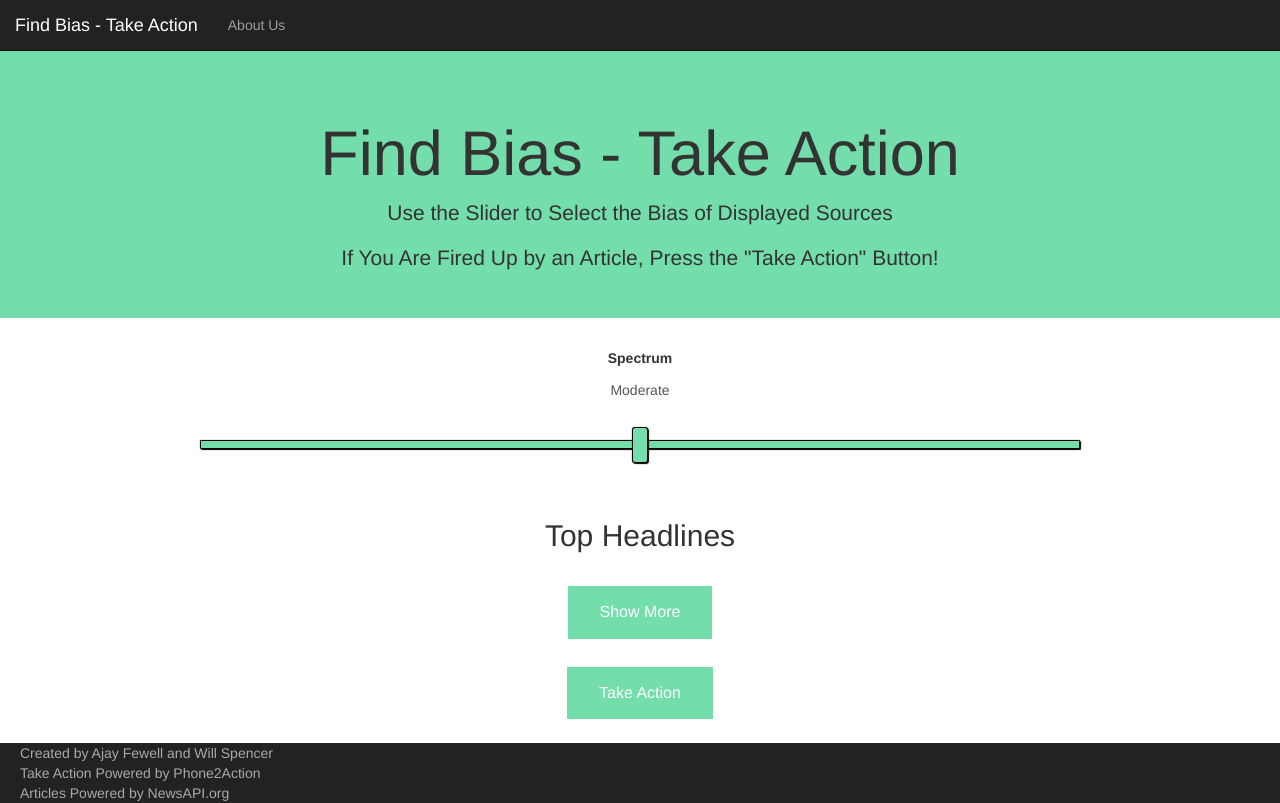
Repository: willespencer/Web-Application-Labs
Page: hacktj/index.html
The author's editor kept a record of every edit. The page is drawn from the files as they stood at one moment, then again after the next edit.
The browser window is 1280 px wide. The pictures show the whole page.
The page's requests for data from a server got no answer.

Above is the page before.

### hacktj/index.html
<!DOCTYPE html>
<html>
    <head>
        <title>
		    Find Bias - Take Action
	    </title>

	    <link rel="icon" href="https://lh4.googleusercontent.com/-Z38JCESyCME/AAAAAAAAAAI/AAAAAAAAAAA/2VkJ-HKF08w/w60-h60-p-mo/photo.jpg">

	    <link rel="stylesheet" type="text/css" href="style.css">
	    <link rel="stylesheet" href="https://maxcdn.bootstrapcdn.com/bootstrap/3.3.7/css/bootstrap.min.css">

	    <script src="https://ajax.googleapis.com/ajax/libs/jquery/1.12.4/jquery.min.js"></script>
	    <script src="https://maxcdn.bootstrapcdn.com/bootstrap/3.3.7/js/bootstrap.min.js"></script>
	    <script src="script.js"></script>

    </head>

    <body>
        <nav class = "navbar navbar-inverse navbar-static-top bg-inverse"  id = "margin">
    		<div class = "container-fluid">
    			<div class = "navbar-header">
    				<a class = "navbar-brand" id = "name" href = "index.html">Find Bias - Take Action</a>
    			</div>
    			<ul class = "nav navbar-nav">
    				<li id = "tab"><a href="about.html">About Us</a></li>
    			</ul>
    		</div>
	    </nav>

        <div class="jumbotron text-center default-primary-color text-primary-color" id = "header">
          <h1>Find Bias - Take Action</h1>
          <p>Use the Slider to Select the Bias of Displayed Sources</p>
          <p>If You Are Fired Up by an Article, Press the "Take Action" Button!</p>
        </div>

        <div id = "slider">
            <center>
                <label for="bar">Spectrum</label>
                <output for="bar" id="spectrum">Moderate</output>
            </center>
            <br><br>
            <input type="range" min="1" max="5" step="1" id = "bar" value = "3" oninput="outputUpdate(value)"/>
        </div>

        <center><h2>Top Headlines</h2></center><br>
        <div id = "sources" class = "container showContent"></div>
        <div id = "hiddenSources" class = "container hideContent"></div>
        <center><button onclick = "showHiddenFunct()" class = button id = "moreButton">Show More</button></center>
        <br>


        <center><button onclick = "actionButton()" class = button id = "actionButton">Take Action</button></center>
        <div id = "other">
            <div id = "hidden_form">
                <div class="form-group">
                    <label>Street address:</label>
                    <input type="text" id="address1" name = "address1" class="form-control" required>
                </div>
                <div class="form-group">
                    <label>Zip code:</label>
                    <input type="text" id="zip5" name = "zip5" class="form-control" required>
                </div>
               <input type = "button" class = "button" id = "lawmakers" name = "lawmakers" onclick = "findLegislators()" value = "Find My Lawmakers">
               <div id = "errorDiv" style="color:#FF0000"></div>
            </div>
        </div><br>

        <div id = "legislators">
            <center><h2>Your Representatives</h2></center><br>
            <center><div id = "legSection" class = "container"></div></center>
        </div>

        <footer class="footer navbar-inverse" id = "foot">
    		Created by Ajay Fewell and Will Spencer<br>
    		Take Action Powered by Phone2Action<br>
    		Articles Powered by NewsAPI.org
	    </footer>


    </body>
</html>

### hacktj/style.css
.desc {
  padding-left:  250px;
  padding-right: 250px;
  padding-bottom: 0px;
}

#margin{
  			margin-bottom:0;
  			padding-bottom:0px;
}
#header{
    padding-bottom: 30px;
    background-color: #73ddac;
}

#slider {
  padding-right: 200px;
  padding-bottom: 50px;
  padding-left: 200px;
  z-index: 500
}

#sources{
    background-color: white;
}

#other{
    background-color:white; /* Make this prettier; */
    padding-left:350px;
    padding-right:350px;
}

#foot{
  padding-left:20px;
  color:#A9A9A9;
}

#errorDiv{
  color:red;
}

.hideContent {
    overflow: hidden;
    line-height: 1.5em;
    height: 0em;
    font: arial;
    font-size: 22;
}
.showContent {
    line-height: 1.5em;
    height: auto;
    font: arial;
    font-size: 22;
}

#hidden_form{
    display: none;
    -webkit-transition:height, 0.5s linear;
    -moz-transition: height, 0.5s linear;
    -ms-transition: height, 0.5s linear;
    -o-transition: height, 0.5s linear;
    transition: height, 0.5s linear;
}

.hidden_form.open{
    height:200px;
    -webkit-transition:height, 0.5s linear;
    -moz-transition: height, 0.5s linear;
    -ms-transition: height, 0.5s linear;
    -o-transition: height, 0.5s linear;
    transition: height, 0.5s linear;
}

#legislators {
    display: none;
}

.button {
    background-color: #73ddac;
    border: none;
    color: white;
    padding: 15px 32px;
    text-align: center;
    text-decoration: none;
    display: inline-block;
    font-size: 16px;
    margin: 4px 2px;
    cursor: pointer;
}

input[type=range] {
  -webkit-appearance: none; /* Hides the slider so that custom slider can be made */
  width: 100%; /* Specific width is required for Firefox. */
  background: transparent; /* Otherwise white in Chrome */
}

input[type=range]::-webkit-slider-thumb {
  -webkit-appearance: none;
}

input[type=range]:focus {
  outline: none; /* Removes the blue border. You should probably do some kind of focus styling for accessibility reasons though. */
}

input[type=range]::-ms-track {
  width: 100%;
  cursor: pointer;

  /* Hides the slider so custom styles can be added */
  background: transparent;
  border-color: transparent;
  color: transparent;
}

/* Special styling for WebKit/Blink */
input[type=range]::-webkit-slider-thumb {
  -webkit-appearance: none;
  border: 1px solid #000000;
  height: 36px;
  width: 16px;
  border-radius: 3px;
  background: #73ddac;
  cursor: pointer;
  margin-top: -14px; /* You need to specify a margin in Chrome, but in Firefox and IE it is automatic */
  box-shadow: 1px 1px 1px #000000, 0px 0px 1px #0d0d0d; /* Add cool effects to your sliders! */
}

/* All the same stuff for Firefox */
input[type=range]::-moz-range-thumb {
  box-shadow: 1px 1px 1px #000000, 0px 0px 1px #0d0d0d;
  border: 1px solid #000000;
  height: 36px;
  width: 16px;
  border-radius: 3px;
  background: #73ddac;
  cursor: pointer;
}

/* All the same stuff for IE */
input[type=range]::-ms-thumb {
  box-shadow: 1px 1px 1px #000000, 0px 0px 1px #0d0d0d;
  border: 1px solid #000000;
  height: 36px;
  width: 16px;
  border-radius: 3px;
  background: #73ddac;
  cursor: pointer;
}

input[type=range]::-webkit-slider-runnable-track {
  width: 100%;
  height: 8.4px;
  cursor: pointer;
  box-shadow: 1px 1px 1px #000000, 0px 0px 1px #0d0d0d;
  background: #73ddac;                                              /* Start */
  border-radius: 1.3px;
  border: 0.2px solid #010101;
}

input[type=range]:focus::-webkit-slider-runnable-track {
  background: #73ddac; /*background?*/
}

input[type=range]::-moz-range-track {
  width: 100%;
  height: 8.4px;
  cursor: pointer;
  box-shadow: 1px 1px 1px #000000, 0px 0px 1px #0d0d0d;
  background: #3071a9;
  border-radius: 1.3px;
  border: 0.2px solid #010101;
}

input[type=range]::-ms-track {
  width: 100%;
  height: 8.4px;
  cursor: pointer;
  background: transparent;
  border-color: transparent;
  border-width: 16px 0;
  color: transparent;
}
input[type=range]::-ms-fill-lower {
  background: #000000;
  border: 0.2px solid #010101;
  border-radius: 2.6px;
  box-shadow: 1px 1px 1px #000000, 0px 0px 1px #0d0d0d;
}
input[type=range]:focus::-ms-fill-lower {
  background: #000000; /* Background of the thing */
}
input[type=range]::-ms-fill-upper {
  background: #000000;
  border: 0.2px solid #010101;
  border-radius: 2.6px;
  box-shadow: 1px 1px 1px #000000, 0px 0px 1px #0d0d0d;
}
input[type=range]:focus::-ms-fill-upper {
  background: #000000;
}

### hacktj/script.js
var articlesPerSource = 5
var dict = { //integers 1-5, liberal to conservative
  "the-washington-post":    2,
  "the-wall-street-journal":4,
  "cnn":                    3,
  "the-huffington-post":    1,
  "business-insider":       3,
  "daily-mail":             5,
  "the-new-york-times":     2,
  "associated-press":       3,
  "the-telegraph":          4,
  "cnbc":                   3,
  "time":                   1,
  "bloomberg":              3,
  "the-economist":          2,
  "usa-today":              3
};
var sourceNameDict = {
  "the-washington-post":    "The Washington Post",
  "the-wall-street-journal": "The Wall Street Journal",
  "cnn":                    "CNN",
  "the-huffington-post":    "The Huffington Post",
  "business-insider":       "Business Insider",
  "daily-mail":             "Daily Mail",
  "the-new-york-times":     "The New York Times",
  "associated-press":       "Associated Press",
  "the-telegraph":          "The Telegraph",
  "cnbc":                   "CNBC",
  "time":                   "Time",
  "bloomberg":              "Bloomberg",
  "the-economist":          "The Economist",
  "usa-today":              "USA Today"
}

var table = ["Liberal", "Leaning left", "Moderate", "Leaning right", "Conservative"];
var rating = 3;
var currRow = 0;
var actualRow = document.createElement("div");
actualRow.className = "row";
var numTerms = 0;
var expectedTerms = 0;
window.onload = startFunct;

$(document).ready(function(){
    $('#zip5').keypress(function(e){
      if(e.keyCode==13)
      $('#lawmakers').click();
    });
    $('#actionButton').click(function() {
            $(this).find("hidden_form").toggleClass('open');
    });
});

function startFunct(){
    for(var key in dict){
        if(dict[key] == 3){
            expectedTerms++;
        }
    }
    for(var key in dict) {
        if(dict[key] == 3){
            getData(key, dict[key]);
            numTerms++;
        }
    }
}

function outputUpdate(val) {
    var button = document.getElementById("moreButton");
    button.innerHTML = "Show More";
    document.getElementById("moreButton").style.visibility="visible";
    document.getElementById("hiddenSources").className = "container hideContent";
    currRow = 0
	document.querySelector('#spectrum').value = table[val-1];
	//document.getElementById("spectrum").focus(). = "#ffffff" //still doesn't work/
    rating = val;
    var divTag = document.getElementById("sources");
    var hidTag = document.getElementById("hiddenSources");
    divTag.innerHTML = "" //resets innerHTML
    hidTag.innerHTML = ""
    actualRow.innerHTML = ""
    for(var key in dict){
        if(dict[key] == rating){
            expectedTerms++;
        }
    }
    for(var key in dict) {
        if(dict[key] == rating){
            getData(key, dict[key]);
            numTerms += 1
        }
    }
}

function getData(source, sourceRate){
    var string = "https://newsapi.org/v1/articles?source=" + source + "&sortBy=top&apiKey=84fec8f09f6a485aaa3a084b4c368cb4";
    $.ajax({
		url: string,
		success: function(response){
		    var divTag = document.getElementById("sources");
		    var hidTag = document.getElementById("hiddenSources");
			var array = response.articles
			for(var index = 0; index < articlesPerSource; index++){
                var newDiv = document.createElement("div");
                newDiv.className = "col-md-4"
                newDiv.style.padding= "15px 40px 15px 40px";

                if(array[index].urlToImage.includes("http://") && source != "the-telegraph" && source != "daily-mail"){
                    var imgHttps = array[index].urlToImage.replace("http", "https")
                    var imgStr = "<img width = 200px src = " + imgHttps + ">";
                }
                else{
                    var imgStr = "<img width = 200px src = " + array[index].urlToImage + ">";
                }
                var urlStr = "<a href=" + array[index].url+ ">" + array[index].title+ "</a>"
                newDiv.innerHTML =  urlStr + "<br>" + imgStr + "<br>" +array[index].description + "<br>"+ "Source: " + sourceNameDict[source] + "<br><br>";

                if(currRow%3 == 0){
                    if(currRow == 3){
                        divTag.appendChild(actualRow);
                    }
                    else if(currRow > 3){
                        hidTag.appendChild(actualRow);
                    }
                    var rowDiv = document.createElement("div");
                    rowDiv.className = "row"
                    rowDiv.appendChild(newDiv);
                    actualRow = rowDiv;
			    }
			    else{
			        actualRow.appendChild(newDiv);
			    }
			    currRow++;
			}
			if(numTerms == expectedTerms){
			    hidTag.appendChild(actualRow);
			}
		}
    })
}
function showHiddenFunct(){
    var button = document.getElementById("moreButton");
    var tag = document.getElementById("hiddenSources");
    console.log(tag.className)
    if(tag.className == "container hideContent"){
        button.innerHTML = "Show Less";
        tag.className = "container showContent";
    }
    else{
        button.innerHTML= "Show More";
        tag.className = "container hideContent";
    }
}
function actionButton() {
    //Show the hidden form first
    var obj = document.getElementById("hidden_form");
    obj.style.display = "block";
    document.getElementById("actionButton").disabled = "true";
    document.getElementById("actionButton").style.background= "#D3D3D3";

}

function displayLegislators(response) {
    var singleRow = document.createElement("div");
    singleRow.className = "row";
    var rowCount = 0;
    var legDiv = document.getElementById("legislators");
    var containDiv = document.getElementById("legSection");
    for(var i = 0; i < response.length; i++){
        var imgStr = "<img width = 150px src = " + response[i].photo + ">";
        if(response[i].chamber != "OTHER"){
            var level = response[i].level.toLowerCase();
            level.charAt(0).toUpperCase();
            var chamber = response[i].chamber.toLowerCase()
            chamber.charAt(0).toUpperCase();
            var levelStr = "In the " + chamber + " at the " + level + " level";
        }
        else{
            var level = response[i].level.toLowerCase();
            level.charAt(0).toUpperCase();
            var levelStr = "In the executive branch at the " + level + " level";
        }
        var partyStr = "";
        if(response[i].party == "D"){
            partyStr = "Democrat"
        }
        else if(response[i].party == "R"){
            partyStr = "Republican"
        }
        else{
            partyStr = response[i].party
        }

        var oldPhone = response[i].contact.phone;
        if(oldPhone == ""){
            phoneStr = "Not Available"
        }
        else{
            var phoneStr = "(" + oldPhone.substring(2,5) + ") " +  oldPhone.substring(5,8)+ " - " + oldPhone.substring(8,11)
        }
        if(response[i].contact.facebook == null){
            var urlStr = "Facebook Not Availible"
        }
        else{
            var urlStr = "<a href=" + response[i].contact.facebook+ " target='_blank'>" + "Facebook Account" + "</a>"
        }
        console.log(response[i].contact.twitter);
        if(response[i].contact.twitter == null){
            var twitterStr = "Not Available";
        }
        else{
            var twitterStr = "<a href=" + "https://www.twitter.com/" + response[i].contact.twitter+ " target='_blank'> @" + response[i].contact.twitter + "</a>"
        }

        var contactInfo = "<h3>Contact Information</h3><br>Phone Number: " + phoneStr + "<br>" + urlStr + "<br>Twitter: " + twitterStr ;

        var oneDiv = document.createElement("div");
        oneDiv.className = "col-md-4"
        oneDiv.innerHTML = response[i].name.full_name + " - " + partyStr + "<br>" + imgStr + "<br>" + levelStr + "<br>" + contactInfo + "<br><br><br>";
        if(rowCount %3 == 0){
            containDiv.appendChild(singleRow);
            var rowDiv = document.createElement("div");
            rowDiv.className = "row"
            singleRow = rowDiv
        }
        singleRow.appendChild(oneDiv);
        rowCount++;
    }
    containDiv.appendChild(singleRow)
    legDiv.style.display = "block";
}

function findLegislators() {
    document.getElementById("lawmakers").style.background= "#D3D3D3";

    var objadd = document.getElementById("address1");
    var objzip = document.getElementById("zip5");

    var address = objadd.value;
    var zipcode = objzip.value;

    $.ajax({
        url: "https://hacktj.phone2action.com/2.0/legislators",
        type: "get",

        beforeSend: function (xhr) {
            xhr.setRequestHeader('Authorization', 'Basic ' + btoa("hacktj2017:p2ahacking"));
        },

        data: {
            address1: address,
            zip5: zipcode
            //Access-Control-Allow-Origin: *
        },

        success: function(response) {
            console.log(response);
            if(response.statusText == "Unprocessable Entity"){
                console.log("failure")
                objadd.value = "";
                objzip.value = "";
                document.getElementById("errorDiv").innerHTML = "Something went wrong, try again"
                document.getElementById("lawmakers").disabled = "false";
            }
            else{
                console.log("WHAT");
                document.getElementById("lawmakers").disabled = "true";
                displayLegislators(response);
            }
        },

        error: function(xhr) {
            console.log("error")
            objadd.value = "";
            objzip.value = "";
            document.getElementById("errorDiv").innerHTML = "Something went wrong, try again"
            document.getElementById("lawmakers").disabled = "false";
            //Should enter the user inputted something incorrectly


            //console.log(xhr);
        }
    });

}

After the next edit:
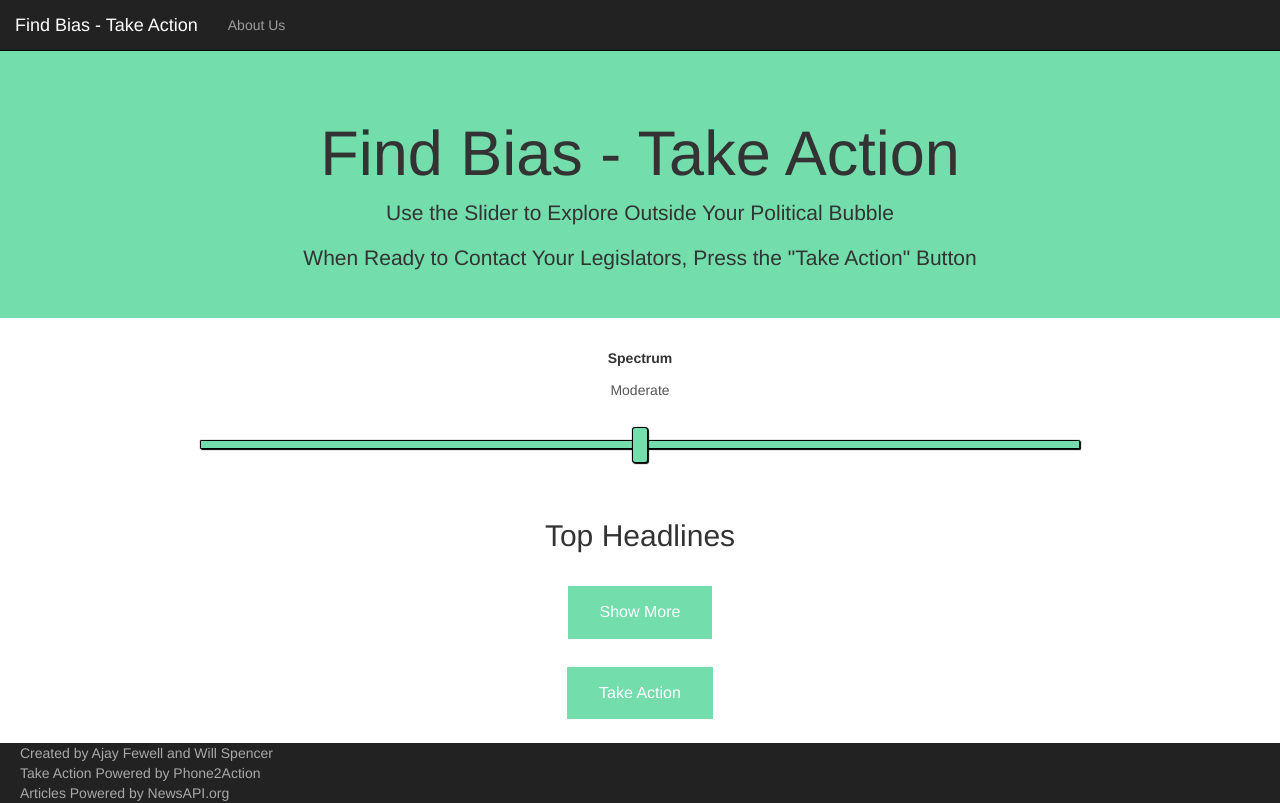
The edit:
--- a/hacktj/index.html
+++ b/hacktj/index.html
@@ -30,8 +30,8 @@
 
         <div class="jumbotron text-center default-primary-color text-primary-color" id = "header">
           <h1>Find Bias - Take Action</h1>
-          <p>Use the Slider to Select the Bias of Displayed Sources</p>
-          <p>If You Are Fired Up by an Article, Press the "Take Action" Button!</p>
+          <p>Use the Slider to Explore Outside Your Political Bubble</p>
+          <p>When Ready to Contact Your Legislators, Press the "Take Action" Button</p>
         </div>
 
         <div id = "slider">
